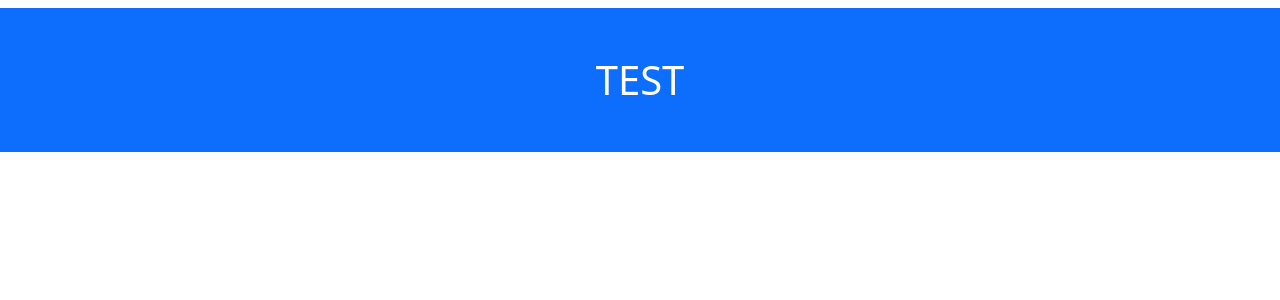
Repository: ldj0905/javaproject
Page: http://localhost/lab05_jsp/
The author's editor kept a copy of each file at every save. The page is drawn from the files as they stood at one save, then again after a run of saves.
The browser window is 1280 px wide. The pictures show the whole page.
The page is served by Tomcat 10. Other server files are loaded and not shown.

Above is the page before, as saved 2024-05-28 05:56:13.

### lab05_jsp/src/main/webapp/WEB-INF/views/home.jsp
<%@ page language="java" contentType="text/html; charset=UTF-8"
    pageEncoding="UTF-8" trimDirectiveWhitespaces="true"%>
<%@ taglib prefix="c" uri="jakarta.tags.core"%>
<!DOCTYPE html>
<html>
<head>
    <meta charset="UTF-8">
    <meta name="viewport" content="width=device-width, initial-scale=1">
    <title>Insert title here</title>
    <link
    href="https://cdn.jsdelivr.net/npm/bootstrap@5.3.3/dist/css/bootstrap.min.css"
    rel="stylesheet"
    integrity="sha384-QWTKZyjpPEjISv5WaRU9OFeRpok6YctnYmDr5pNlyT2bRjXh0JMhjY6hW+ALEwIH"
    crossorigin="anonymous">
</head>
<body>
    <h1 class="bg-primary mt-2 p-5 text-white text-center">TEST</h1>

    <script
        src="https://cdn.jsdelivr.net/npm/bootstrap@5.3.3/dist/js/bootstrap.bundle.min.js"
        integrity="sha384-YvpcrYf0tY3lHB60NNkmXc5s9fDVZLESaAA55NDzOxhy9GkcIdslK1eN7N6jIeHz"
        crossorigin="anonymous"></script>
</body>
</html>

### lab05_jsp/src/main/java/com/itwill/lab05/web/FrontController.java
package com.itwill.lab05.web;

import jakarta.servlet.ServletException;
import jakarta.servlet.annotation.WebServlet;
import jakarta.servlet.http.HttpServlet;
import jakarta.servlet.http.HttpServletRequest;
import jakarta.servlet.http.HttpServletResponse;
import java.io.IOException;

import org.slf4j.Logger;
import org.slf4j.LoggerFactory;

/**
 * Servlet implementation class FrontServlet
 */
@WebServlet(name = "frontController", urlPatterns = {""})
//context root(http://localhost:8080/labo5)로 들어오는 요청을 처리하는 서블릿!
public class FrontController extends HttpServlet {
	private static final long serialVersionUID = 1L;
	private static final Logger log = LoggerFactory.getLogger(FrontController.class);
	/**
	 * @see HttpServlet#doGet(HttpServletRequest request, HttpServletResponse response)
	 */
	protected void doGet(HttpServletRequest request, HttpServletResponse response) throws ServletException, IOException {
		System.out.println("FrontController#doGet");
		log.debug("doGet");
		request.getRequestDispatcher("WEB-INF/views/home.jsp").forward(request, response);
	}

}

### lab05_jsp/src/main/webapp/WEB-INF/views/fragments/header.jspf
<%@ page language="java" contentType="text/html; charset=UTF-8"
    pageEncoding="UTF-8"%>

<header class = "mt-2 p-4 bg-primary text-white text-center">
    <h1>${ pageTitle }</h1> <!--  누군가가 pageTitle을 넘겨줘야함 -->
    <title>lab05</title>
<nav class="navbar navbar-expand-lg bg-body-tertiary">
  <div class="container-fluid">
    <a class="navbar-brand" href="#">Navbar</a>
    <button class="navbar-toggler" type="button" data-bs-toggle="collapse" data-bs-target="#navbarNav" aria-controls="navbarNav" aria-expanded="false" aria-label="Toggle navigation">
      <span class="navbar-toggler-icon"></span>
    </button>
    <div class="collapse navbar-collapse" id="navbarNav">
      <ul class="navbar-nav">
        <li class="nav-item">
          <a class="nav-link active" aria-current="page" href="#">Home</a>
        </li>
        <li class="nav-item">
          <a class="nav-link" href="#">Features</a>
        </li>
        <li class="nav-item">
          <a class="nav-link" href="#">Pricing</a>
        </li>
        <li class="nav-item">
          <a class="nav-link disabled" aria-disabled="true">Disabled</a>
        </li>
      </ul>
    </div>
  </div>
</nav>
</header>
<body>
    <div class="container-fluid">
        <%@ include file = "./fragments/header.jspf" %>
    </div>


</body>

After the next 3 saves:
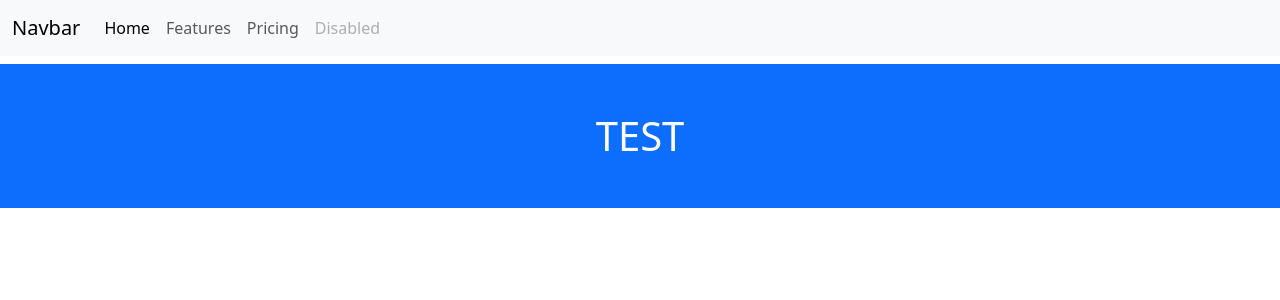
The 3 saves are shown as one change because 2 did not build or start.
The last was saved 4 min 14 s later.
--- a/lab05_jsp/src/main/webapp/WEB-INF/views/home.jsp
+++ b/lab05_jsp/src/main/webapp/WEB-INF/views/home.jsp
@@ -4,16 +4,48 @@
 <!DOCTYPE html>
 <html>
 <head>
-    <meta charset="UTF-8">
-    <meta name="viewport" content="width=device-width, initial-scale=1">
-    <title>Insert title here</title>
-    <link
+<meta charset="UTF-8">
+<meta name="viewport" content="width=device-width, initial-scale=1">
+<title>Insert title here</title>
+<link
     href="https://cdn.jsdelivr.net/npm/bootstrap@5.3.3/dist/css/bootstrap.min.css"
     rel="stylesheet"
     integrity="sha384-QWTKZyjpPEjISv5WaRU9OFeRpok6YctnYmDr5pNlyT2bRjXh0JMhjY6hW+ALEwIH"
     crossorigin="anonymous">
+
+<nav class="navbar navbar-expand-lg bg-body-tertiary">
+    <div class="container-fluid">
+        <a class="navbar-brand" href="#">Navbar</a>
+        <button class="navbar-toggler" type="button"
+            data-bs-toggle="collapse" data-bs-target="#navbarNav"
+            aria-controls="navbarNav" aria-expanded="false"
+            aria-label="Toggle navigation">
+            <span class="navbar-toggler-icon"></span>
+        </button>
+        <div class="collapse navbar-collapse" id="navbarNav">
+            <ul class="navbar-nav">
+                <li class="nav-item"><a class="nav-link active"
+                    aria-current="page" href="#">Home</a></li>
+                <li class="nav-item"><a class="nav-link" href="#">Features</a>
+                </li>
+                <li class="nav-item"><a class="nav-link" href="#">Pricing</a>
+                </li>
+                <li class="nav-item"><a class="nav-link disabled"
+                    aria-disabled="true">Disabled</a></li>
+            </ul>
+        </div>
+    </div>
+</nav>
 </head>
+
 <body>
+    <div class="container-fluid">
+
+        <c:set var = "pageTitle" value = "Home" scope ="page"/>
+        <%-- pageContext.setAttribute("pageTitle", "Home"); --%>
+        <%@ include file="./fragments/header.jspf"%>
+    </div>
+
     <h1 class="bg-primary mt-2 p-5 text-white text-center">TEST</h1>
 
     <script
--- a/lab05_jsp/src/main/webapp/WEB-INF/views/fragments/header.jspf
+++ b/lab05_jsp/src/main/webapp/WEB-INF/views/fragments/header.jspf
@@ -1,38 +1,12 @@
 <%@ page language="java" contentType="text/html; charset=UTF-8"
     pageEncoding="UTF-8"%>
-
-<header class = "mt-2 p-4 bg-primary text-white text-center">
-    <h1>${ pageTitle }</h1> <!--  누군가가 pageTitle을 넘겨줘야함 -->
-    <title>lab05</title>
-<nav class="navbar navbar-expand-lg bg-body-tertiary">
-  <div class="container-fluid">
-    <a class="navbar-brand" href="#">Navbar</a>
-    <button class="navbar-toggler" type="button" data-bs-toggle="collapse" data-bs-target="#navbarNav" aria-controls="navbarNav" aria-expanded="false" aria-label="Toggle navigation">
-      <span class="navbar-toggler-icon"></span>
-    </button>
-    <div class="collapse navbar-collapse" id="navbarNav">
-      <ul class="navbar-nav">
-        <li class="nav-item">
-          <a class="nav-link active" aria-current="page" href="#">Home</a>
-        </li>
-        <li class="nav-item">
-          <a class="nav-link" href="#">Features</a>
-        </li>
-        <li class="nav-item">
-          <a class="nav-link" href="#">Pricing</a>
-        </li>
-        <li class="nav-item">
-          <a class="nav-link disabled" aria-disabled="true">Disabled</a>
-        </li>
-      </ul>
-    </div>
-  </div>
-</nav>
-</header>
+<!DOCTYPE html>
+<html>
+<head>
+	<meta charset="UTF-8">
+	<title>Insert title here</title>
+</head>
 <body>
-    <div class="container-fluid">
-        <%@ include file = "./fragments/header.jspf" %>
-    </div>
-
 
 </body>
+</html>
